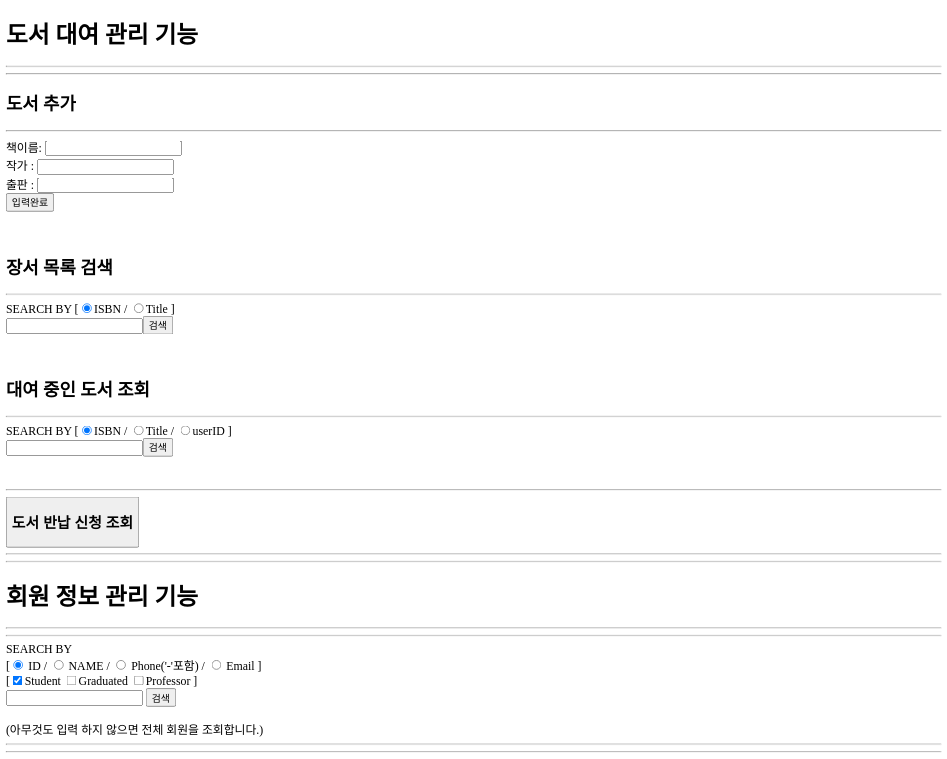
Repository: hii9505/DB_engineering_education
Page: http://localhost/TestIsp/Admin_page_main.jsp
The author's editor kept a copy of each file at every save. The page is drawn from the files as they stood at one save, then again after the next save.
The browser window is 1280 px wide. The pictures show the whole page, at 74% of full size.
The page is served by Tomcat 9. Other server files are loaded and not shown.

Above is the page before, as saved 2019-12-20 14:52:13.

### eclipse-workspace/TestISP/TestIsp/WebContent/Admin_page_main.jsp
<%@ page language="java" contentType="text/html; charset=EUC-KR"
    pageEncoding="EUC-KR"%>
<!DOCTYPE html>
<html>
<head>
<meta http-equiv ="Content-Type" content="text/html ; charset=EUC-KR">
<title>Library Administer page</title>
</head>
<body>
<h1>도서 대여 관리 기능</h1>
<hr><hr>
<h2>도서 추가 </h2>
<hr>
	<form method="post" action = "Admin_page_bookInsertion.jsp">
		책이름: <input type="text" name="title" maxlength="40"><br/>
		작가	: <input type="text" name="author" maxlength="40"><br/>
		출판	: <input type="text" name="publisher" maxlength="40"><br/>
		<input type="submit" value="입력완료">
	</form>
<br><br>

<h2>장서 목록 검색</h2>
<hr>
	<form method="post" action = "Admin_page_bookSearch.jsp">
		SEARCH BY [<input type="radio" name="searchBy" value="ISBN" checked>ISBN /
				   <input type="radio" name="searchBy" value="Title">Title ]<br/>
		<input type = "text" name="searchVal" maxlength = "40"><input type="submit" value="검색">
	</form>
<br><br>

<h2>대여 중인 도서 조회</h2>
<hr>
	<form method="post" action = "Admin_page_rentDataSearch.jsp">
		SEARCH BY [<input type="radio" name="searchBy" value="ISBN" checked>ISBN /
				   <input type="radio" name="searchBy" value="Title">Title /
				   <input type="radio" name="searchBy" value="usrID">userID ]<br/>
		<input type = "text" name="searchVal" maxlength = "40"><input type="submit" value="검색">
	</form>
<br><br>
<hr>
<button onclick = "location.href='Admin_page_CheckTurnInRequest.jsp'"><h2>도서 반납 신청 조회</h2> </button>
<hr><hr>
<h1>회원 정보 관리 기능</h1>
<hr><hr>
	<form method="post" action = "Admin_page_searchMemberData.jsp">
		SEARCH BY<br/>
		[<input type="radio" name="searchBy" value="ID" checked> ID /
	     <input type="radio" name="searchBy" value="Name"> NAME /
	     <input type="radio" name="searchBy" value="Phone"> Phone('-'포함) /
	     <input type="radio" name="searchBy" value="Email"> Email ]<br/>
	    [<input type="checkbox" name="check_student" value="student" checked>Student
	     <input type="checkbox" name="check_graduated" value="graduated">Graduated
	     <input type="checkbox" name="check_professor" value="professor">Professor ]<br>
		<input type = "text" name="searchVal" maxlength = "40" > <input type="submit" value="검색">
	</form>
	<br> (아무것도 입력 하지 않으면 전체 회원을 조회합니다.)
<hr><hr>
</body>
</html>

After the next save:
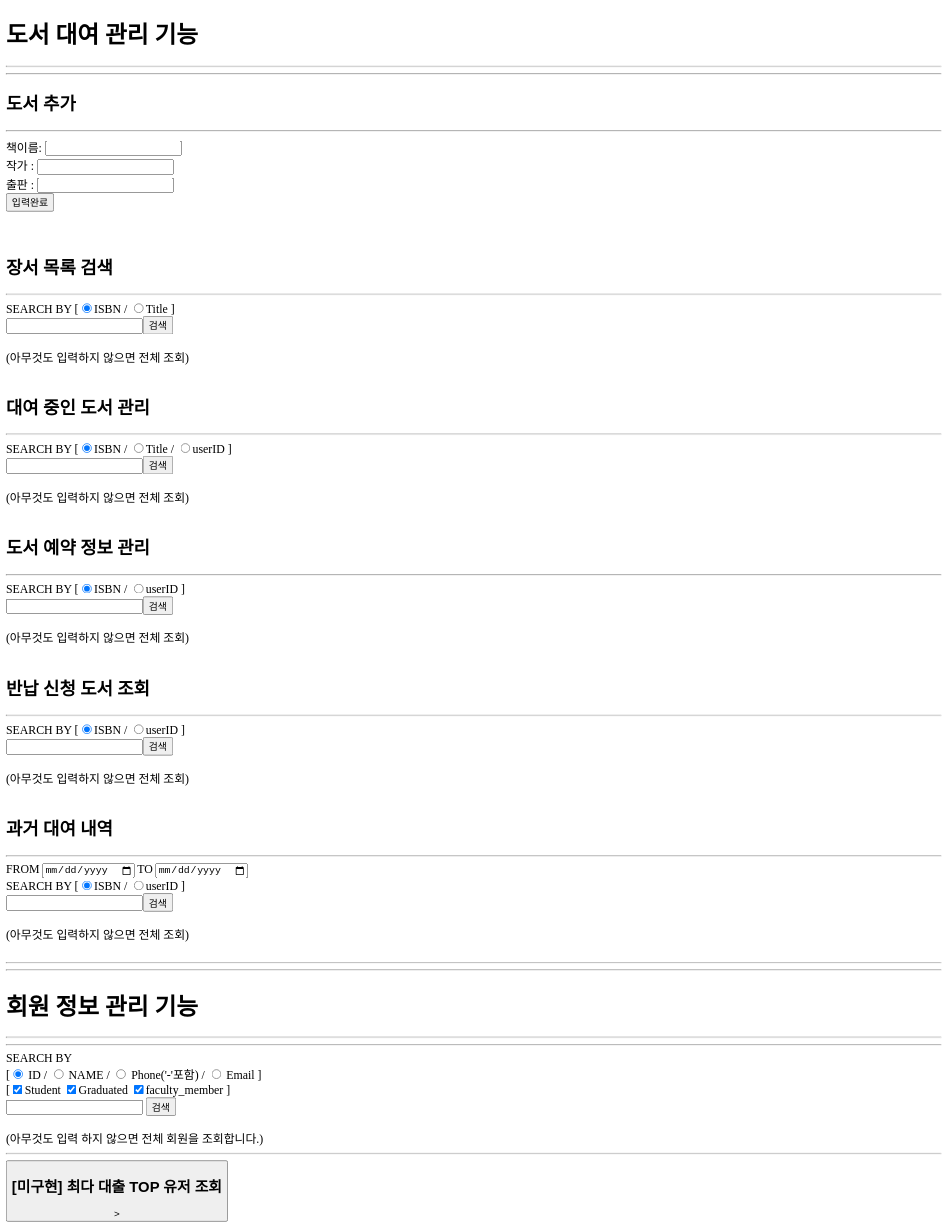
Saved 16 min 30 s later.
--- a/eclipse-workspace/TestISP/TestIsp/WebContent/Admin_page_main.jsp
+++ b/eclipse-workspace/TestISP/TestIsp/WebContent/Admin_page_main.jsp
@@ -26,9 +26,10 @@
 				   <input type="radio" name="searchBy" value="Title">Title ]<br/>
 		<input type = "text" name="searchVal" maxlength = "40"><input type="submit" value="검색">
 	</form>
+	<br>(아무것도 입력하지 않으면 전체 조회)
 <br><br>
 
-<h2>대여 중인 도서 조회</h2>
+<h2>대여 중인 도서 관리</h2>
 <hr>
 	<form method="post" action = "Admin_page_rentDataSearch.jsp">
 		SEARCH BY [<input type="radio" name="searchBy" value="ISBN" checked>ISBN /
@@ -36,9 +37,39 @@
 				   <input type="radio" name="searchBy" value="usrID">userID ]<br/>
 		<input type = "text" name="searchVal" maxlength = "40"><input type="submit" value="검색">
 	</form>
+	<br>(아무것도 입력하지 않으면 전체 조회)
 <br><br>
+
+<h2>도서 예약 정보 관리</h2>
 <hr>
-<button onclick = "location.href='Admin_page_CheckTurnInRequest.jsp'"><h2>도서 반납 신청 조회</h2> </button>
+	<form method="post" action = "Admin_page_reservationSearch.jsp">
+		SEARCH BY [<input type="radio" name="searchBy" value="ISBN" checked>ISBN /
+				   <input type="radio" name="searchBy" value="usrID">userID ]<br/>
+		<input type = "text" name="searchVal" maxlength = "40"><input type="submit" value="검색">
+	</form>
+	<br>(아무것도 입력하지 않으면 전체 조회)
+<br><br>
+
+<h2>반납 신청 도서 조회</h2>
+<hr>
+	<form method="post" action = "Admin_page_turnInSearch.jsp">
+		SEARCH BY [<input type="radio" name="searchBy" value="ISBN" checked>ISBN /
+				   <input type="radio" name="searchBy" value="usrID">userID ]<br/>
+		<input type = "text" name="searchVal" maxlength = "40"><input type="submit" value="검색">
+	</form>
+	<br>(아무것도 입력하지 않으면 전체 조회)
+<br><br>
+<h2>과거 대여 내역</h2>
+<hr>
+	<form method="post" action = "Admin_page_rentalRecordSearch.jsp">
+		FROM <input type="date" name="date_start" placeholder = "YYYY-MM-DD">
+		TO   <input type="date" name="date_end" placeholder = "YYYY-MM-DD"> <br>
+		SEARCH BY [<input type="radio" name="searchBy" value="ISBN" checked>ISBN /
+				   <input type="radio" name="searchBy" value="usrID">userID ]<br/>
+		<input type = "text" name="searchVal" maxlength = "40"><input type="submit" value="검색">
+	</form>
+	<br>(아무것도 입력하지 않으면 전체 조회)
+<br><br>
 <hr><hr>
 <h1>회원 정보 관리 기능</h1>
 <hr><hr>
@@ -49,11 +80,12 @@
 	     <input type="radio" name="searchBy" value="Phone"> Phone('-'포함) /
 	     <input type="radio" name="searchBy" value="Email"> Email ]<br/>
 	    [<input type="checkbox" name="check_student" value="student" checked>Student
-	     <input type="checkbox" name="check_graduated" value="graduated">Graduated
-	     <input type="checkbox" name="check_professor" value="professor">Professor ]<br>
+	     <input type="checkbox" name="check_graduated" value="graduated" checked>Graduated
+	     <input type="checkbox" name="check_faculty_member" value="faculty_member" checked>faculty_member ]<br>
 		<input type = "text" name="searchVal" maxlength = "40" > <input type="submit" value="검색">
 	</form>
 	<br> (아무것도 입력 하지 않으면 전체 회원을 조회합니다.)
-<hr><hr>
+<hr>
+<button onclick="location.href='Admin_page_showTopTen.jsp'"><h2>[미구현] 최다 대출 TOP 유저 조회</h2>></button>
 </body>
 </html>
